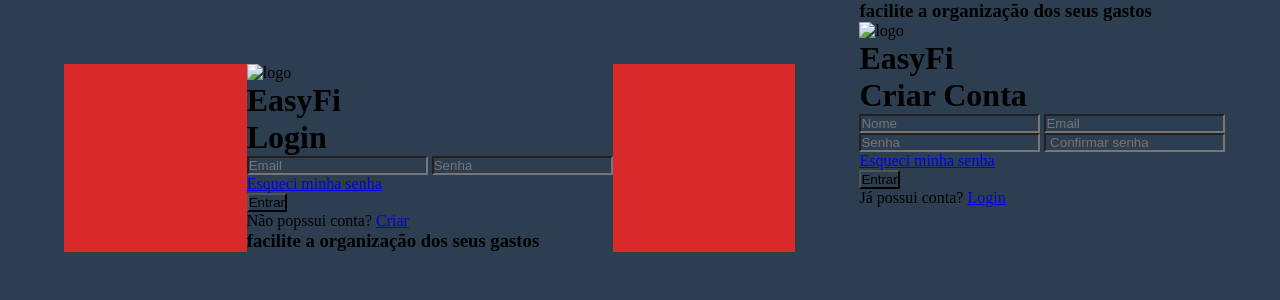
Repository: Ingridiag/projeto-engenharia
Page: login.html
An editor plug-in stored every save of this project. The page is shown before and after a run of saves, followed by the edit.
The browser window is 1280 px wide. The pictures show the whole page.

Above is the page before, as saved 2024-10-28 14:59:16.

### login.html
<!DOCTYPE html>
<html lang="pt">

<head>
    <meta charset="UTF-8">
    <meta name="viewport" content="width=device-width, initial-scale=1.0">
    <link rel="stylesheet" href="style.css">
    <title>Login</title>
</head>

<body>
    <div class="container">

        <!-- Tela Login -->
        <div class="login">
            <div class="primeira-coluna">
                <div>
                    <img src="#" alt="logo">
                    <h1>EasyFi</h1>
                </div>
                <div>
                    <h1 class="title">Login</h1>
                    <form>
                        <input type="email" placeholder="Email">
                        <input type="password" placeholder="Senha">
                    </form>
                    <div>
                        <a href="#" class="link">Esqueci minha senha</a>

                    </div>
                    <div class="btn-default">
                        <button>
                            Entrar
                        </button>
                    </div>
                    <div>
                        <p>Não popssui conta?
                            <span>
                                <a href="#" class="link">Criar</a>
                            </span>
                        </p>
                    </div>
                </div>
                <div class="segunda-coluna">
                    <h3 class="mensagem">
                        facilite a organização dos seus gastos
                    </h3>
                </div>
            </div>
        </div>



        <div class="cadastro">
            <!-- Tela Cadastro -->
            <div class="primeira-coluna">
                <h3 class="mensagem">
                    facilite a organização dos seus gastos
                </h3>
            </div>

            <div class="segunda-coluna">
                <div>
                    <img src="#" alt="logo">
                    <h1>EasyFi</h1>
                </div>
                <div>
                    <h1 class="title">Criar Conta</h1>
                    <form>
                        <input type="text" placeholder="Nome">
                        <input type="email" placeholder="Email">
                        <input type="password" placeholder="Senha">
                        <input type="password" placeholder=" Confirmar senha">
                    </form>
                    <div>
                        <a href="#" class="link">Esqueci minha senha</a>

                    </div>
                    <div class="btn-default">
                        <button>
                            Entrar
                        </button>
                    </div>
                    <div>
                        <p>Já possui conta?
                            <span>
                                <a href="#" class="link">Login</a>
                            </span>
                        </p>
                    </div>
                </div>
            </div>
        </div>


    </div>

</body>

</html>

### style.css
* {
    margin: 0;
    padding: 0;
    box-sizing: border-box;
    background: #2C3E50;
}
.container{
    display: flex;
}

.login{
    width: 100%;
    height: 100%;
    margin: 5% ;
    display: flex;
    background: #d82a2a;
    flex-direction: column;
    align-items: center;
}

.cadastro{
    display: flex;
    flex-direction: column;
    po
}

After the next 2 saves:
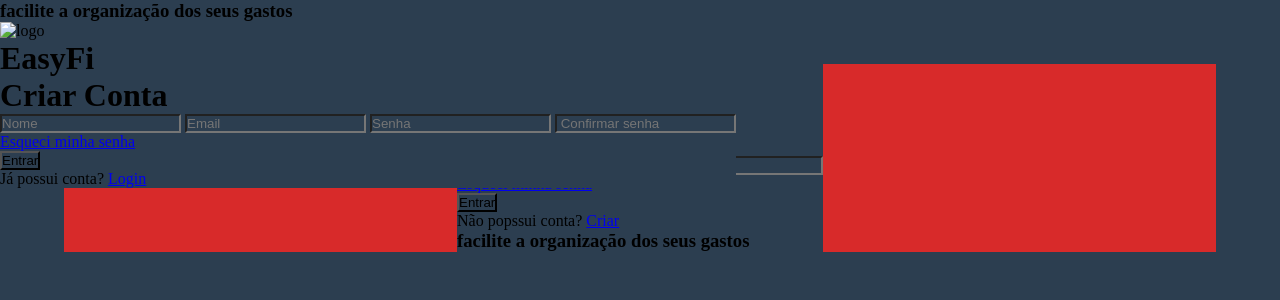
The 2 saves are shown as one change because they came seconds apart.
The last was saved 8 s later.
--- a/style.css
+++ b/style.css
@@ -21,5 +21,5 @@
 .cadastro{
     display: flex;
     flex-direction: column;
-    po
+    position: absolute;
 }

After the save that followed:
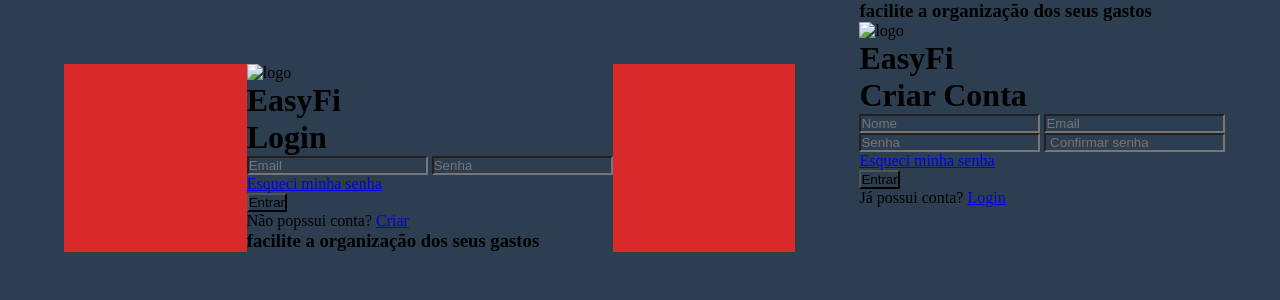
Saved 11 s later.
--- a/style.css
+++ b/style.css
@@ -21,5 +21,5 @@
 .cadastro{
     display: flex;
     flex-direction: column;
-    position: absolute;
+    position: relative;
 }
